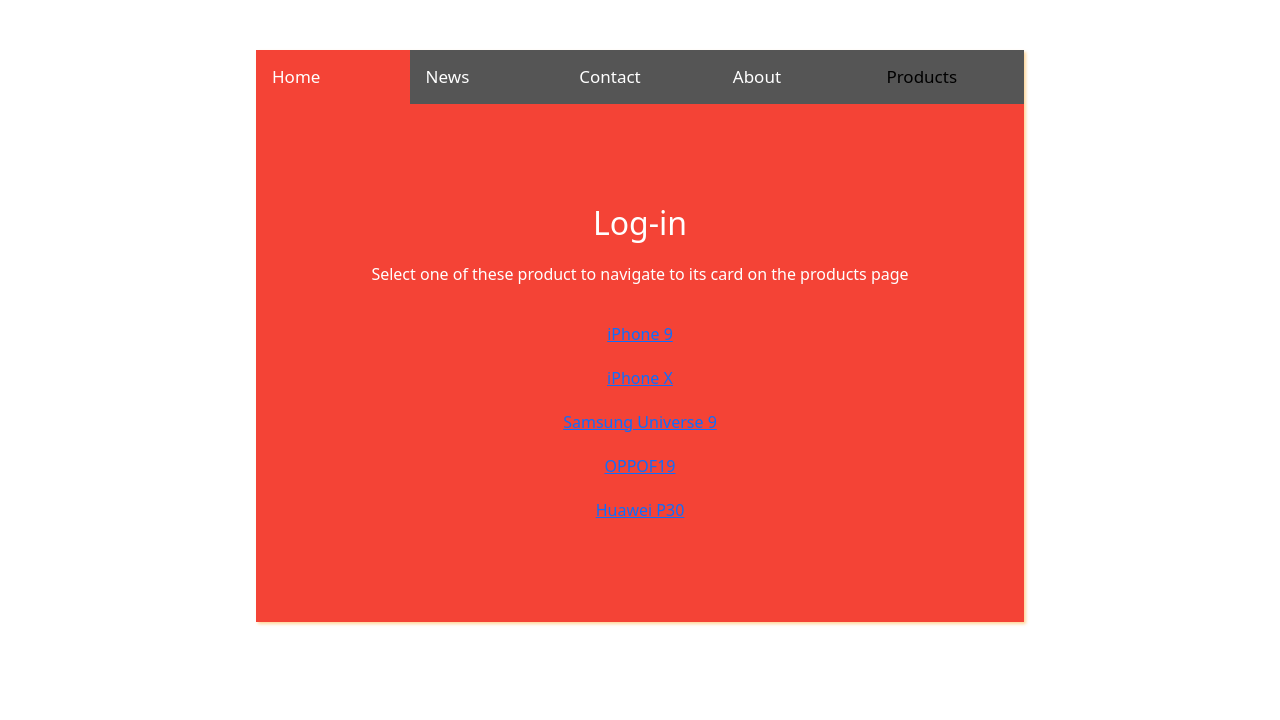
Repository: JasonMorta/basicPlus-rouets
Page: /
The author's editor kept a copy of each file at every save. The page is drawn from the files as they stood at one save, then again after the next save.
The browser window is 1280 px wide. The pictures show the whole page.
Some web fonts or font styles are not loaded; a fallback is used. The project was rebuilt for these pictures with package versions that can differ from the ones it lists, and the page was loaded fresh each time. Also part of the build but not shown: src/pages/news.css, src/pages/News.jsx, src/pages/About.jsx, src/pages/Hooks/UseRefHook.jsx, src/pages/Contact.jsx, src/pages/List.jsx, src/pages/ProductPreview.jsx, src/pages/Products.jsx.

Above is the page before, as saved 2023-04-01 19:02:17.

### src/index.js
import React from 'react';
import ReactDOM from 'react-dom/client';
import './index.css';
import 'bootstrap/dist/css/bootstrap.min.css';
import App from './App';

// import { BrowserRouter } from 'react-router-dom'
import reportWebVitals from './reportWebVitals';

const root = ReactDOM.createRoot(document.getElementById('root'));
root.render(

  <React.StrictMode>
    <App />
  </React.StrictMode>

);

// If you want to start measuring performance in your app, pass a function
// to log results (for example: reportWebVitals(console.log))
// or send to an analytics endpoint. Learn more: https://bit.ly/CRA-vitals
reportWebVitals();

### src/App.jsx

import './App.css';
import { BrowserRouter, Routes, Route } from 'react-router-dom';
import React, { Component, createContext, useState } from 'react'
import Nav from './components/Nav';
import Home from './pages/Home';
import News from './pages/News';
import About from './pages/About';
import Contact from './pages/Contact';
import List from './pages/List';
import Products from './pages/Products';
import ProductPreview from './pages/ProductPreview';

//create context hook
//This hook allow any nested children to share and alter data with the use of props.
export const StateContext = createContext()

export default function App() {

  const [state, setState] = useState("#f44336");

  return (
    <BrowserRouter>
      <StateContext.Provider value={[state, setState]} className="App">
        <div className="routes">
          <Nav />
          <Routes>
            <Route index path="/" element={<Home />} />
            <Route path="/List" element={<List />} />
            <Route path="/Contact" element={<Contact />} />
            <Route path="/About" element={<About />} />
            <Route path="/products" element={<Products />}>
            <Route path=":id" element={<ProductPreview />}/>
            </Route>
            <Route path="/news" element={<News />} />
          </Routes>
        </div>
        <div className="orig-link"></div>
      </StateContext.Provider>
    </BrowserRouter>
  );
}

### src/App.css
@import url('https://fonts.googleapis.com/css2?family=Assistant:wght@400;500&family=Barlow:wght@400;500&family=DM+Mono:wght@300;400;500&family=Handlee&family=IBM+Plex+Mono:wght@400;500&family=Inconsolata:wght@400;500&family=Kanit:wght@200;300;400;500&family=Karla:wght@300;400;500&family=Patrick+Hand&family=Raleway:wght@300;400;500&family=Red+Hat+Mono:wght@300;400;500&family=Roboto+Condensed:wght@300;400;700&family=Roboto+Mono:wght@300;400;500&family=Roboto+Slab:wght@300;400;500&family=Roboto:wght@300;400&family=Source+Code+Pro:wght@300;400;500&family=Space+Mono:wght@400;700&family=Titillium+Web:wght@200;300;400;600&family=Ubuntu+Mono:wght@400;700&family=Varela&family=Varela+Round&display=swap');

/*
Custom Fonts
========
font-family: 'Assistant', sans-serif;
font-family: 'Barlow', sans-serif;
font-family: 'DM Mono', monospace;
font-family: 'Handlee', cursive;
font-family: 'IBM Plex Mono', monospace;
font-family: 'Inconsolata', monospace;
font-family: 'Kanit', sans-serif;
font-family: 'Karla', sans-serif;
font-family: 'Patrick Hand', cursive;
font-family: 'Raleway', sans-serif;
font-family: 'Red Hat Mono', monospace;
font-family: 'Roboto', sans-serif;
font-family: 'Roboto Condensed', sans-serif;
font-family: 'Roboto Mono', monospace;
font-family: 'Roboto Slab', serif;
font-family: 'Source Code Pro', monospace;
font-family: 'Space Mono', monospace;
font-family: 'Titillium Web', sans-serif;
font-family: 'Ubuntu Mono', monospace;
font-family: 'Varela', sans-serif;
font-family: 'Varela Round', sans-serif;

*/

.App {
  text-align: center;
  background-color: #282c34;
  min-height: 100vh;
  display: flex;
  flex-direction: column;
  flex-wrap: nowrap;
  align-items: center;
  font-family: 'Roboto Condensed', sans-serif;

}

.orig-link a {
  text-decoration: none;
  color: #ff9800;
}
.orig-link {
  margin: 1.25rem;
}


.App-header {
  background-color: #282c34;
  min-width: 18.75rem;
  display: flex;

  flex-direction: row;
  justify-content: center;
  font-size: calc(0.625rem + 2vmin);
  color: white;
  align-items: flex-start;
  width: 100%;
}


/* Style tab links */
.tablink {
  background-color: #555;
  color: #ffc107;
  float: left;
  border: none;
  outline: none;
  cursor: pointer;
  padding: 0.875rem 1rem;
  font-size: 1.0625rem;
  width: 25%;
  text-decoration: none;
}

.tablink:hover {
  background-color: #777;
}

/* Style the tab content (and add height:100% for full page content) */
.tabcontent {
  color: white;
  padding: 6.25rem 0rem;
  width: 100%;
  height: 100%;
  min-width: 18.75rem;

}

.inner-content {
  padding: 0rem 3.125rem;
  display: flex;
  flex-direction: column;
  align-items: center;
  gap: 20px;
}

.inner-content h3{
  font-size: xx-large;
  margin: 0;
}

.routes{
  display: flex;
  flex-direction: column;
  align-items: center;
  width: 60vw;
  margin: auto;
  background-color: azure;
  margin-top: 3.125rem;
  box-shadow: 0.125rem 0.125rem 0.1875rem 0rem #ff980066;
}

### src/components/Nav.jsx
import React from "react";
import { Link, useLocation } from "react-router-dom";

export default function Nav() {
  const location = useLocation();
  console.log('NAV location', location)


   //set the default state color to red which is equal to home page color.
  const [state, setState] = React.useState({
    home: "#f44336",
    news: "#4caf50",
    contact: "#2196f3",
    about: "#ff5722",
    active: "",
    location : window.location.pathname
  });
  const [color, setColor] = React.useState("white")


   function handleNavToNews(params) {

    setState(prev => ({...prev, active:"#4caf50", location: "/News" }))
    location.pathname = "/News"
    console.log('currentPath = Path"', location.pathname)



  }

 // Set the tab color to even when a nested link pathname is entered
  return (
    <header className="App-header">
      {/* Home will be the default/home page */}
      <Link
        to="/"
        className="tablink"
        onClick={() => setState(prev => ({...prev, active:"#f44336", location: "/" }))}
        style={{
          backgroundColor: state.location === "/" ? "#f44336" : "",
          color: state.home === "#f44336" ? color: "#ffc107"}}>
        Home
      </Link>

      <Link
        to="/News"
        className="tablink"
        onClick={handleNavToNews}
        style={{
          backgroundColor: state.location === "/News" ? "#4caf50" : "",
          color: state.news === "#4caf50" ? color: "#ffc107" }}>
        News
      </Link>

      <Link
        to="/Contact"
        className="tablink"
        onClick={() => setState(prev => ({...prev, active:"#2196f3", location: "/Contact" }))}
        style={{
          backgroundColor: state.location === "/Contact" ? "#2196f3" : "",
          color: state.contact === "#2196f3" ? color: "#ffc107" }}>
        Contact
      </Link>

      <Link
        to="/About"
        className="tablink"
        onClick={() => setState(prev => ({...prev, active:"#ff5722", location: "/About" }))}
        style={{
          backgroundColor: state.location === "/About" ? "#ff5722": "",
          color: state.about === "#ff5722" ? color: "#ffc107" }}>
        About
      </Link>

      <Link
        to="/products"
        className="tablink"
        onClick={() => setState(prev => ({...prev, active:"#FFE082", location: "/products" }))}
        style={{
          backgroundColor: state.location === "/products" ? "#FFE082": "",
          color: state.about === "#FFE082" ? color: "black" }}>
        Products
      </Link>
    </header>
  );
}

### src/pages/Home.jsx
import React from "react";
import { Link } from "react-router-dom";
import { useNavigate } from "react-router-dom";
import {products} from "../AllProducts"

export default function Home() {
const nav = useNavigate()




  return (
    <div style={{ backgroundColor: "#f44336" }}  className="tabcontent">
      <div className="inner-content">
         <h3>Log-in</h3>
         <p>Select one of these product to navigate to its card on the products page</p>
         {products.map((item, i)=>(
          <Link key={i} to={{ pathname: '/products', state: item}}>{item.title}</Link>
         ))}
      </div>
    </div>
  );
}

### src/AllProducts.js
export const products = [
    {
        "id": 1,
        "title": "iPhone 9",
        "description": "An apple mobile which is nothing like apple",
        "price": 549,
        "discountPercentage": 12.96,
        "rating": 4.69,
        "stock": 94,
        "brand": "Apple",
        "category": "smartphones",
        "thumbnail": "https://i.dummyjson.com/data/products/1/thumbnail.jpg",
        "images": [
            "https://i.dummyjson.com/data/products/1/1.jpg",
            "https://i.dummyjson.com/data/products/1/2.jpg",
            "https://i.dummyjson.com/data/products/1/3.jpg",
            "https://i.dummyjson.com/data/products/1/4.jpg",
            "https://i.dummyjson.com/data/products/1/thumbnail.jpg"
        ]
    },
    {
        "id": 2,
        "title": "iPhone X",
        "description": "SIM-Free, Model A19211 6.5-inch Super Retina HD display with OLED technology A12 Bionic chip with ...",
        "price": 899,
        "discountPercentage": 17.94,
        "rating": 4.44,
        "stock": 34,
        "brand": "Apple",
        "category": "smartphones",
        "thumbnail": "https://i.dummyjson.com/data/products/2/thumbnail.jpg",
        "images": [
            "https://i.dummyjson.com/data/products/2/1.jpg",
            "https://i.dummyjson.com/data/products/2/2.jpg",
            "https://i.dummyjson.com/data/products/2/3.jpg",
            "https://i.dummyjson.com/data/products/2/thumbnail.jpg"
        ]
    },
    {
        "id": 3,
        "title": "Samsung Universe 9",
        "description": "Samsung's new variant which goes beyond Galaxy to the Universe",
        "price": 1249,
        "discountPercentage": 15.46,
        "rating": 4.09,
        "stock": 36,
        "brand": "Samsung",
        "category": "smartphones",
        "thumbnail": "https://i.dummyjson.com/data/products/3/thumbnail.jpg",
        "images": [
            "https://i.dummyjson.com/data/products/3/1.jpg"
        ]
    },
    {
        "id": 4,
        "title": "OPPOF19",
        "description": "OPPO F19 is officially announced on April 2021.",
        "price": 280,
        "discountPercentage": 17.91,
        "rating": 4.3,
        "stock": 123,
        "brand": "OPPO",
        "category": "smartphones",
        "thumbnail": "https://i.dummyjson.com/data/products/4/thumbnail.jpg",
        "images": [
            "https://i.dummyjson.com/data/products/4/1.jpg",
            "https://i.dummyjson.com/data/products/4/2.jpg",
            "https://i.dummyjson.com/data/products/4/3.jpg",
            "https://i.dummyjson.com/data/products/4/4.jpg",
            "https://i.dummyjson.com/data/products/4/thumbnail.jpg"
        ]
    },
    {
        "id": 5,
        "title": "Huawei P30",
        "description": "Huawei’s re-badged P30 Pro New Edition was officially unveiled yesterday in Germany and now the device has made its way to the UK.",
        "price": 499,
        "discountPercentage": 10.58,
        "rating": 4.09,
        "stock": 32,
        "brand": "Huawei",
        "category": "smartphones",
        "thumbnail": "https://i.dummyjson.com/data/products/5/thumbnail.jpg",
        "images": [
            "https://i.dummyjson.com/data/products/5/1.jpg",
            "https://i.dummyjson.com/data/products/5/2.jpg",
            "https://i.dummyjson.com/data/products/5/3.jpg"
        ]
    }
  ]

Loaded but not shown: public/index.html (common file); src/index.css (common file); src/reportWebVitals.js (common file)

After the next save:
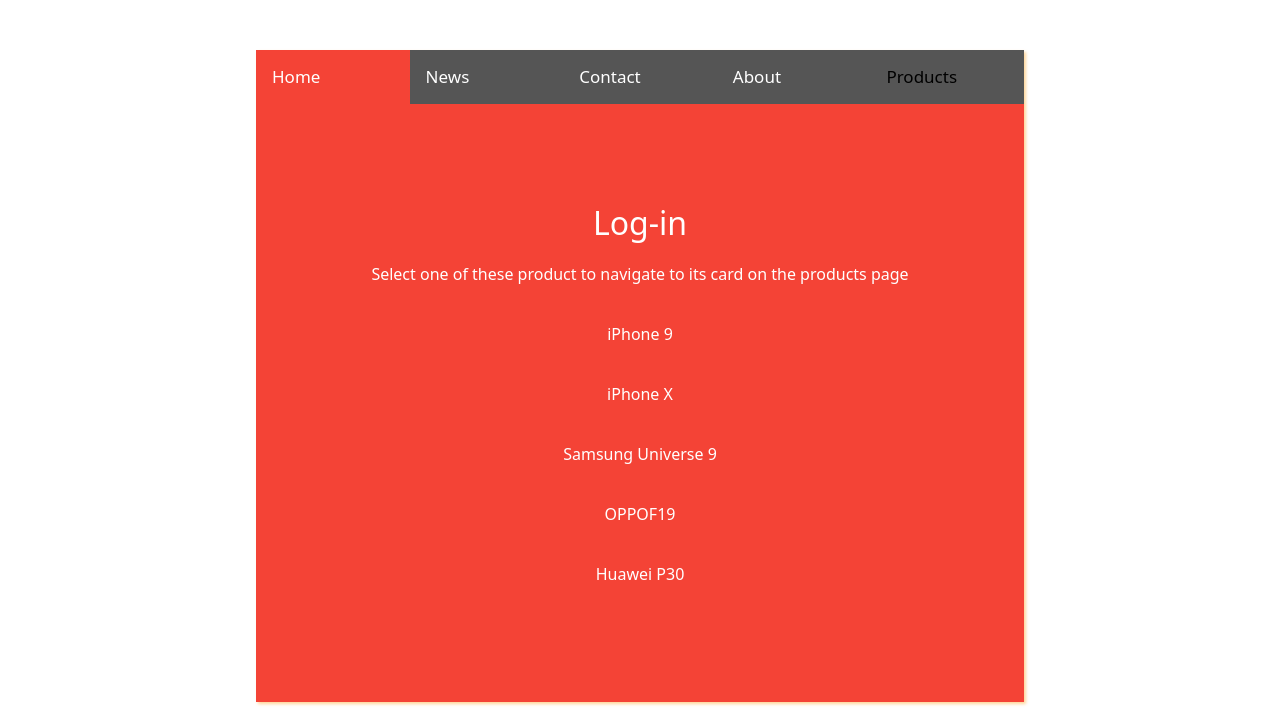
Saved 5 min 8 s later.
--- a/src/pages/Home.jsx
+++ b/src/pages/Home.jsx
@@ -1,12 +1,9 @@
 import React from "react";
-import { Link } from "react-router-dom";
 import { useNavigate } from "react-router-dom";
 import {products} from "../AllProducts"
 
 export default function Home() {
 const nav = useNavigate()
-
-
 
 
   return (
@@ -15,7 +12,7 @@
          <h3>Log-in</h3>
          <p>Select one of these product to navigate to its card on the products page</p>
          {products.map((item, i)=>(
-          <Link key={i} to={{ pathname: '/products', state: item}}>{item.title}</Link>
+          <p onClick={()=> nav(`/products`, {state: {prod: item}})} key={i}>{item.title}</p>
          ))}
       </div>
     </div>
